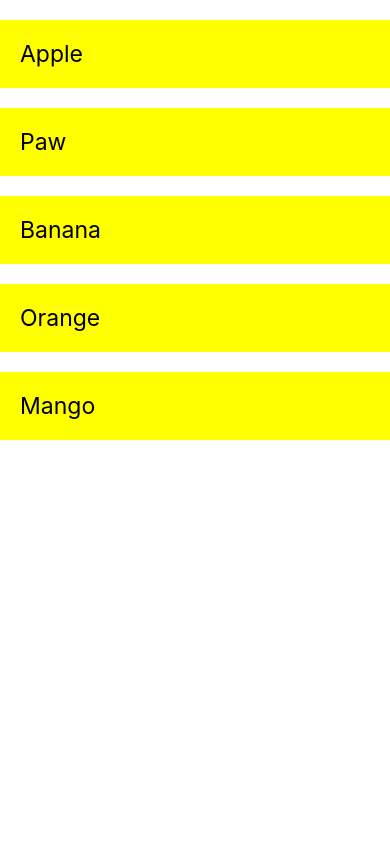
Repository: akinmiday/ReactNativeApp
Screen: /
An editor plug-in stored every save of this project. The screen is shown before and after the next save, followed by the edit.
The app was drawn by React Native's web renderer in a window 390 px wide. The project was rebuilt for these pictures with package versions that can differ from the ones it lists, and the page was loaded fresh each time.

Above is the screen before, as saved 2023-08-03 08:01:24.

### App.js
import { StatusBar } from "expo-status-bar";
import { useState } from "react";
import { StyleSheet, View, Text } from "react-native";

export default function App() {
  const [fruit, setFruit] = useState([
    { name: "Apple", key: "1" },
    { name: "Paw", key: "2" },
    { name: "Banana", key: "3" },
    { name: "Orange", key: "4" },
    { name: "Mango", key: "5" },
  ]);
  return (
    <View style={styles.container}>
      {fruit.map((fruits) => {
        return (
          <View key={fruits.key}>
            <Text style={styles.fruits}>{fruits.name}</Text>
          </View>
        );
      })}
    </View>
  );
}

const styles = StyleSheet.create({
  container: {
    flex: 1,
    backgroundColor: "#fff",
    // alignItems: "center",
    // justifyContent: "center",
  },
  fruits: {
    fontSize: 23,
    backgroundColor: "yellow",
    marginTop: 20,
    padding: 20,
  },
});

After the next save:
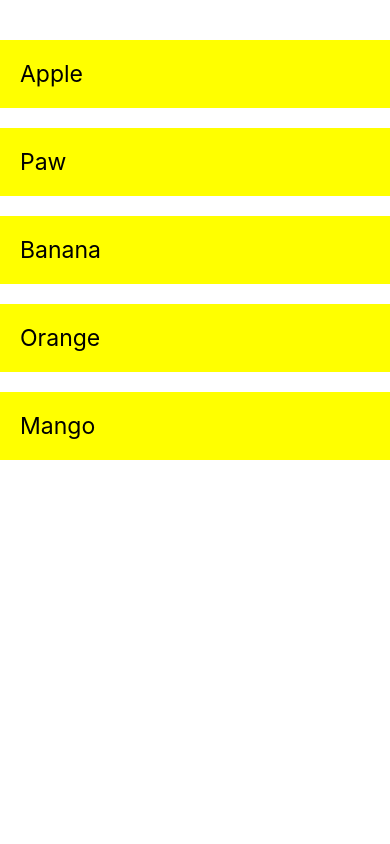
Saved 2 min 23 s later.
--- a/App.js
+++ b/App.js
@@ -27,8 +27,7 @@ const styles = StyleSheet.create({
   container: {
     flex: 1,
     backgroundColor: "#fff",
-    // alignItems: "center",
-    // justifyContent: "center",
+    marginTop: 20,
   },
   fruits: {
     fontSize: 23,
